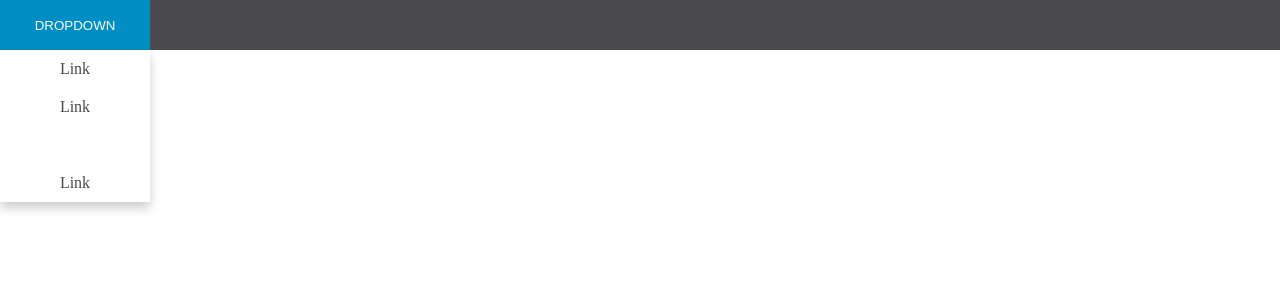
Repository: MariaPSegarra/Testing-Responsive
Page: index.html
The author's editor kept a record of every edit. The page is drawn from the files as they stood at one moment, then again after the next edit.
The browser window is 1280 px wide. The pictures show the whole page.

Above is the page before.

After the next edit:
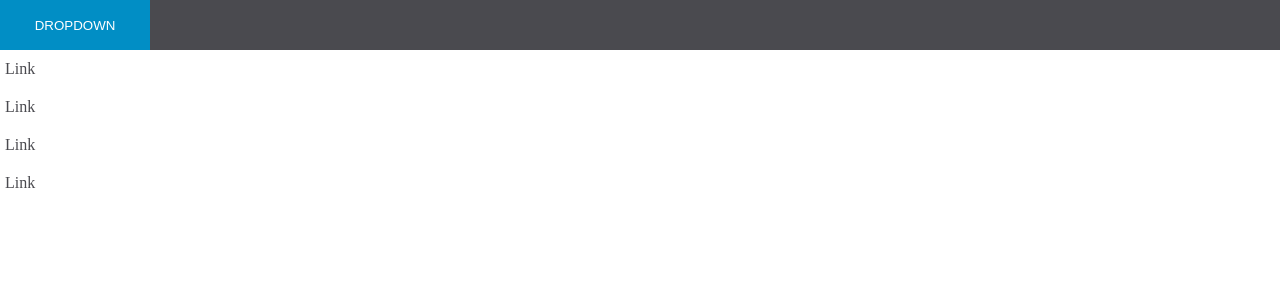
The edit:
--- a/main.css
+++ b/main.css
@@ -24,6 +24,11 @@
     left: 0;
     right: 0;
     top: 50px;
+    z-index: -1;
+    /*The z-index property is responsible for elements stacked upon each other in the third dimension.
+    So we have our X and our Y coordinates, but these are our Z coordinates.
+So what we want to do to affect this, is we will set the z-index of our dropdown menu to "-1".
+But by setting it to "-1", it will always be lower than other elements that are neighboring it or competing with it for visibility.
     width: 150px;
     text-align: center;
     box-shadow: 0px 6px 10px 0px rgba(0, 0, 0, 0.2);

After the edit that followed:
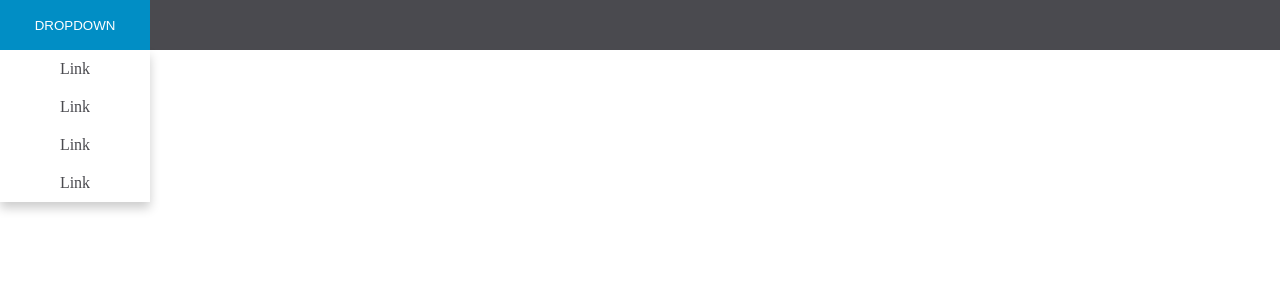
The edit:
--- a/main.css
+++ b/main.css
@@ -24,11 +24,10 @@
     left: 0;
     right: 0;
     top: 50px;
-    z-index: -1;
-    /*The z-index property is responsible for elements stacked upon each other in the third dimension.
+    z-index: -1;    /*The z-index property is responsible for elements stacked upon each other in the third dimension.
     So we have our X and our Y coordinates, but these are our Z coordinates.
 So what we want to do to affect this, is we will set the z-index of our dropdown menu to "-1".
-But by setting it to "-1", it will always be lower than other elements that are neighboring it or competing with it for visibility.
+But by setting it to "-1", it will always be lower than other elements that are neighboring it or competing with it for visibility.*/
     width: 150px;
     text-align: center;
     box-shadow: 0px 6px 10px 0px rgba(0, 0, 0, 0.2);
